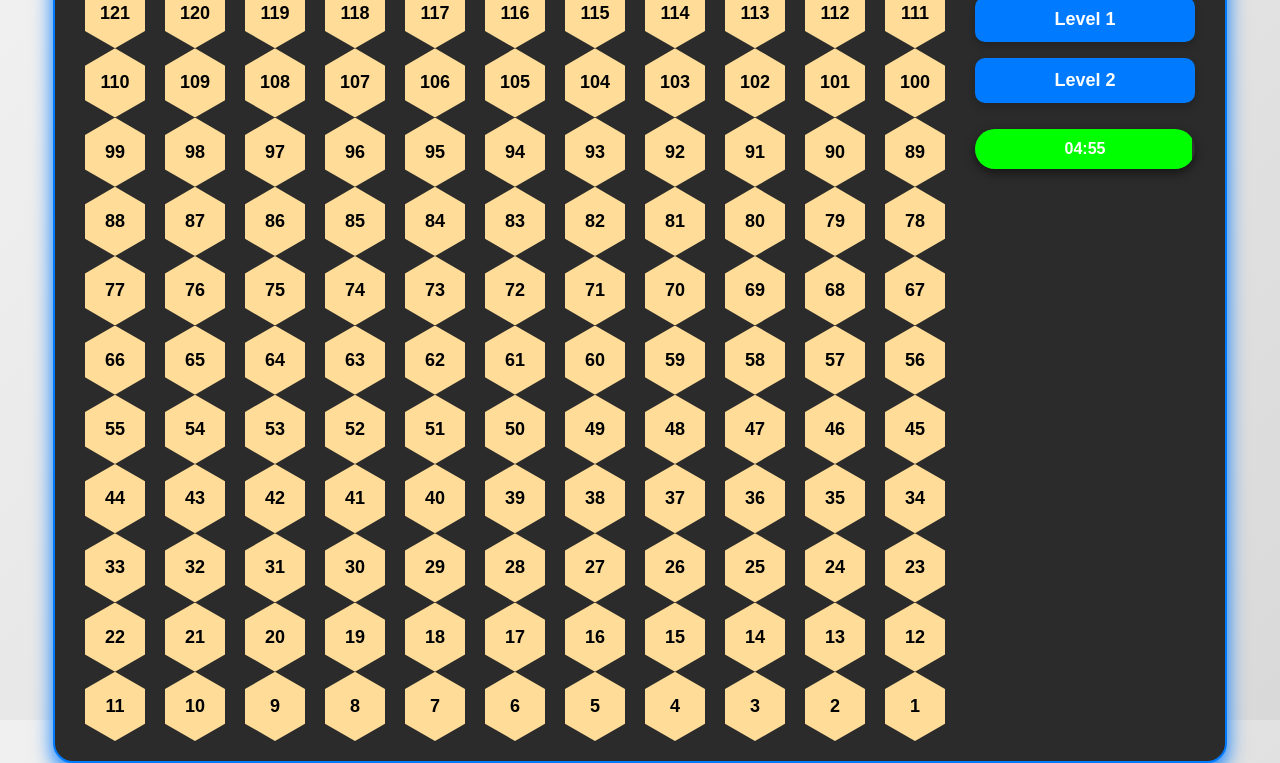
Repository: radisyah/THE_BRAIN_STORM
Page: Terrible Hunt.html
An editor plug-in stored every save of this project. The page is shown before and after the next save, followed by the edit.
The browser window is 1280 px wide. The pictures show the whole page.

Above is the page before, as saved 2024-10-25 22:28:37.

After the next save:
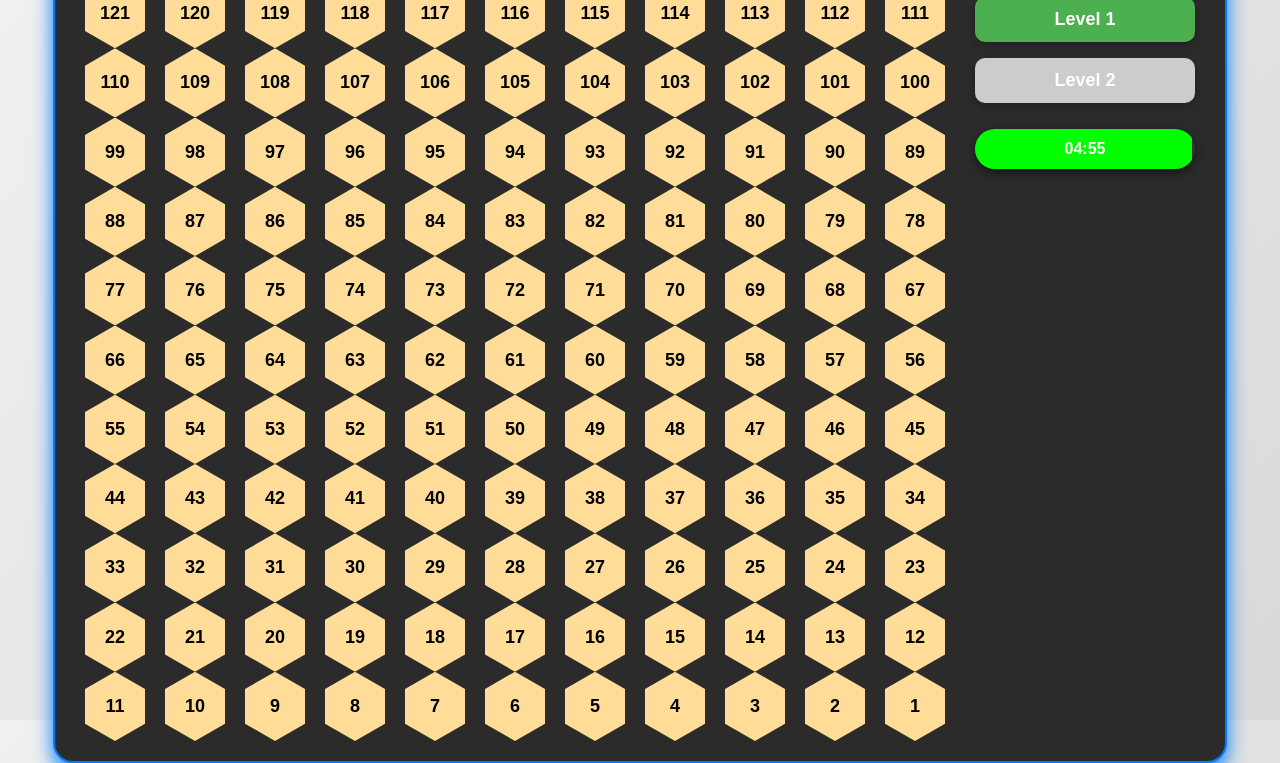
Saved 45 s later.
--- a/Terrible Hunt.html
+++ b/Terrible Hunt.html
@@ -170,20 +170,30 @@
 </body>
 
 <script>
-   let correctNumbers = []; // Array untuk menyimpan angka yang benar
-    let wrongAttempts = 0; // Counter untuk jumlah kesalahan
-    let currentLevel = 1; // Track the current level
+    let correctNumbers = [];
+    let wrongAttempts = 0;
+    let currentLevel = 1;
+    const completedAnswers = new Set();
 
     function selectLevel(level) {
-        currentLevel = level; // Set the current level
+        currentLevel = level;
         correctNumbers = generateCorrectNumbers(level);
         generateHexGrid();
-        wrongAttempts = 0; // Reset jumlah kesalahan saat level baru dipilih
-
-        // Start the timer if it hasn't started yet
+        wrongAttempts = 0;
+        completedAnswers.clear(); // Reset completed answers
+
+        document.getElementById('level1-btn').disabled = level !== 1;
+        document.getElementById('level2-btn').disabled = level !== 2;
+        updateButtonStyles();
+
         if (!isTimerRunning) {
             startTimer();
         }
+    }
+
+    function updateButtonStyles() {
+        document.getElementById('level1-btn').style.backgroundColor = currentLevel === 1 ? "#4CAF50" : "#ccc";
+        document.getElementById('level2-btn').style.backgroundColor = currentLevel === 2 ? "#4CAF50" : "#ccc";
     }
 
     let timeLimit = 300; // Limit waktu dalam detik
